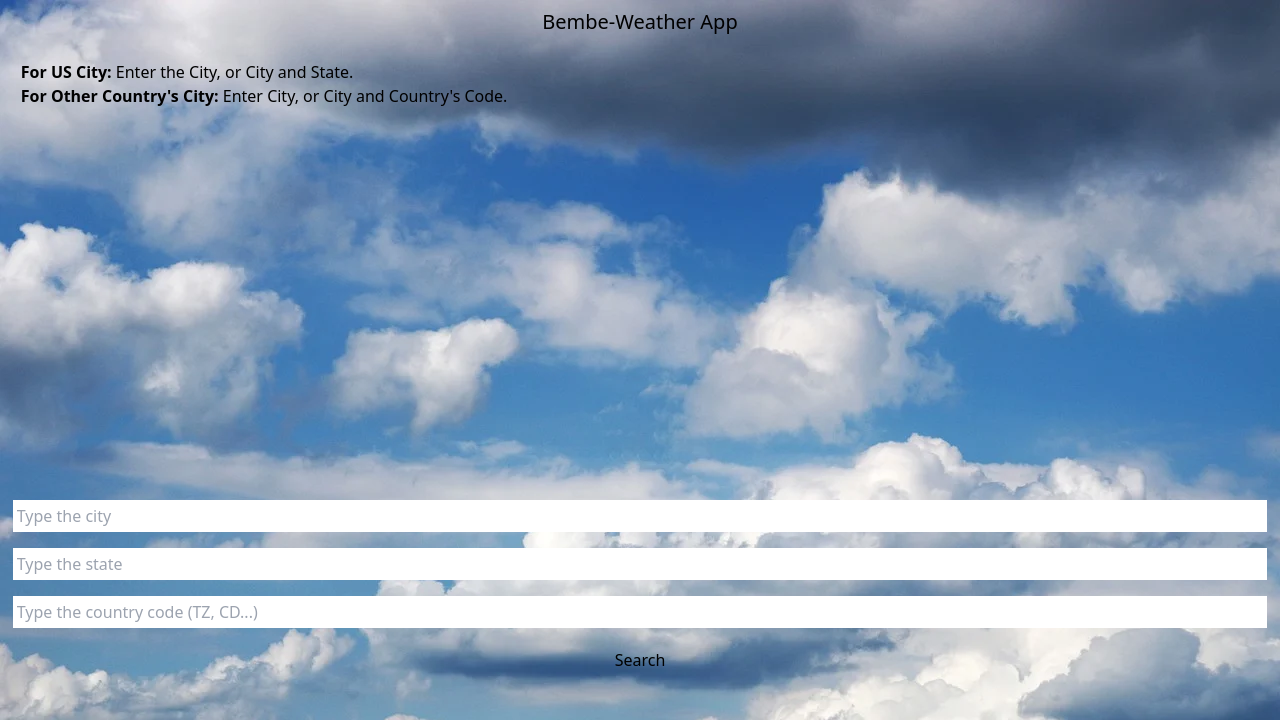
Repository: ShindanoSingi/bembe-weather
Page: /
These files come from the project's save history. The page is drawn as it stood at one moment and after the next save; the edit follows.
The browser window is 1280 px wide. The pictures show the whole page.
The page's requests for data from a server got no answer. The project was rebuilt for these pictures with package versions that can differ from the ones it lists, and the page was loaded fresh each time. No one was signed in, and anything a server would have sent is missing.

Above is the page before, as saved 2022-09-14 23:36:31.

### public/index.html
<!DOCTYPE html>
<html lang="en">

<head>
  <meta charset="utf-8" />
  <link rel="icon" href="%PUBLIC_URL%/favicon.ico" />
  <meta name="viewport" content="width=device-width, initial-scale=1" />
  <meta name="theme-color" content="#000000" />
  <meta name="description" content="Web site created using create-react-app" />
  <link rel="apple-touch-icon" href="%PUBLIC_URL%/logo192.png" />
  <!--
      manifest.json provides metadata used when your web app is installed on a
      user's mobile device or desktop. See https://developers.google.com/web/fundamentals/web-app-manifest/
    -->
  <link rel="manifest" href="%PUBLIC_URL%/manifest.json" />
  <!--
      Notice the use of %PUBLIC_URL% in the tags above.
      It will be replaced with the URL of the `public` folder during the build.
      Only files inside the `public` folder can be referenced from the HTML.

      Unlike "/favicon.ico" or "favicon.ico", "%PUBLIC_URL%/favicon.ico" will
      work correctly both with client-side routing and a non-root public URL.
      Learn how to configure a non-root public URL by running `npm run build`.
    -->
  <title>React Weather</title>
</head>

<body>
  <noscript>You need to enable JavaScript to run this app.</noscript>
  <div id="root"></div>
  <!--
      This HTML file is a template.
      If you open it directly in the browser, you will see an empty page.

      You can add webfonts, meta tags, or analytics to this file.
      The build step will place the bundled scripts into the <body> tag.

      To begin the development, run `npm start` or `yarn start`.
      To create a production bundle, use `npm run build` or `yarn build`.
    -->
</body>

</html>

### src/App.js
import React, { useState, useEffect } from "react"
import "./App.css"
import WeatherPage from "./components/weatherPage"
import SearchForm from "./components/SearchForm"

function App() {
  // Initialize variables using "useSates"
  const [weatherData, setWeatherData] = useState([])

  const [city, setCity] = useState("")
  const [state, setState] = useState("")
  const [country, setCountry] = useState("")

  // These hold values a little bit longer
  const [cityDisplayed, setCityDisplayed] = useState("")
  const [stateDisplayed, setStateDisplayed] = useState("")
  const [countryDisplayed, setCountryDisplayed] = useState("")

  // Create an object that will hold keys to be used in the fetch fnctions.
  const searchLatLon = {
    key: process.env.REACT_APP_GIPHY_KEY,
    cityName: city,
    stateCode: "",
    country: "",
    limit: 1,
    api: "https://api.openweathermap.org/geo/1.0/direct?q=",
  }

  let searchOptions = {
    key: process.env.REACT_APP_GIPHY_KEY,
    api: "https://api.openweathermap.org/data/2.5/onecall?",
  }

  // Create handleChange function to capture input value for city from the form.
  function handleChangeCity(event) {
    setCity(event.target.value)
  }

  // Create handleChange function to capture input value for city from the form.
  function handleChangeState(event) {
    setState(event.target.value)
  }

  // Create handleChange function to capture input value for country from the form.
  function handleChangeCountry(event) {
    setCountry(event.target.value)
  }

  // Create a handleSubmit function to send the input value to the getLatLon function.
  function handleSubmit(event) {
    event.preventDefault()
    getLatLon(city, state, country)
    setCity("")
    setState("")
    setCountry("")
  }

  // useEffect function
  useEffect(() => {
    getLatLon()
    setCity("")
    setState("")
    setCountry("")
    // eslint-disable-next-line
  }, [])

  // This function below takes two parameters: city and country's code, and spits latitude and longitude out. Then, the next fetch takes the lat and lon, and spits eather data for eight days.

  function getLatLon(city, state, country) {
    fetch(
      `${searchLatLon.api}${city},${state},${country}&limit=${searchLatLon.limit}&appid=${searchLatLon.key}`
    )
      .then((result) => result.json())
      .then((data) => {
        // console.log(data[0])
        if (data[0]) {
          fetch(
            `${searchOptions.api}lat=${data[0].lat}&lon=${data[0].lon}&exclude=minutely,hourly&appid=${searchOptions.key}&units=imperial`
          )
            .then((result) => result.json())
            .then((result) => {
              setCityDisplayed(data[0].name)
              setStateDisplayed(data[0].state)
              setCountryDisplayed(data[0].country)
              setWeatherData(result)
            })
        }
      })
  }

  return (

    <div className="bg-[url('../src/images/sky.webp')] h-screen">
      {/* Weather data */}
      <WeatherPage
        weatherData={weatherData}
        city={cityDisplayed}
        state={stateDisplayed}
        country={countryDisplayed}
      />

      {/* Search form */}
      <SearchForm
        city={city}
        state={state}
        country={country}
        handleChangeCity={handleChangeCity}
        handleChangeState={handleChangeState}
        handleChangeCountry={handleChangeCountry}
        handleSubmit={handleSubmit}
      />
    </div>
  )
}

export default App

### src/App.css

/* iPhone 8 and smaller */
@media screen and (max-width: 480px) {
  /* Bembe-weather App */
  h1 {
    color: aliceblue;
    background-image: linear-gradient(rgb(55, 131, 143), rgb(5, 88, 126));
  }

  /* Div container for the single page weather day*/
  div.singleDay {
    /* font-size: 1vw; */
    border-top: 1px solid green;
    background-color: rgb(191, 191, 191);
  }

  /* This is for today's box */
  .today1 {
    /* font-size: 14px; */
    border: 1px solid rgb(91, 158, 158);
    border-radius: 5px;
    background-image: linear-gradient(
      to bottom right,
      rgb(163, 131, 131),
      rgb(181, 181, 155)
    );
  }


  /* Indivdual temp */
  .maxTemp1 {
    color: black;
  }

  /* Indivdual temp */
  .minTemp1 {
    color: grey;
  }

  /* Tomorrow */
  .today2 {
    border: 1px solid rgb(91, 158, 158);
    border-radius: 5px;
    background-image: linear-gradient(
      to bottom right,
      rgb(97, 179, 171),
      rgb(181, 181, 155)
    );
  }

  /* The day after tomorrow */
  .today3 {
    border: 1px solid rgb(91, 158, 158);
    border-radius: 5px;
    background-image: linear-gradient(
      to bottom right,
      rgb(97, 179, 171),
      rgb(181, 181, 155)
    );
  }

  /* The following day */
  .today4 {
    border: 1px solid rgb(91, 158, 158);
    border-radius: 5px;
    background-image: linear-gradient(
      to bottom right,
      rgb(97, 179, 171),
      rgb(181, 181, 155)
    );
  }

  /* The last day */
  .today5 {
    border: 1px solid rgb(91, 158, 158);
    border-radius: 5px;
    background-image: linear-gradient(
      to bottom right,
      rgb(97, 179, 171),
      rgb(181, 181, 155)
    );
  }

  /* Indivdual temp */
  .maxTemp {
    color: black;
  }

  /* Indivdual temp */
  .minTemp {
    color: grey;
  }

  /* The state's name */
  .city {
    display: grey;
    /* justify-content: center; */
  }

  /* Div containing everything in the body */
  .weatherContainer {
    border: 1px solid rgb(91, 158, 158);
    background-color: rgba(14, 73, 112, 0.297);
  }

  /* City input box */
  .cityInput {
    border: 2px solid rgb(68, 65, 65);
  }

  /* Country input box */
  .countryInput {
    border: 2px solid rgb(68, 65, 65);
  }

  /* Submit button */
  .submitButton {
    color: rgb(244, 238, 238);
    background-color: rgb(68, 65, 65);
  }

  .message {
    background-color: rgb(68, 125, 152);
    border: 2px solid rgb(68, 65, 65);
  }
}


/* iPhone 8 and smaller */
@media screen and (max-width: 428px) {
  h1 {
    color: aliceblue;
    background-image: linear-gradient(rgb(55, 131, 143), rgb(5, 88, 126));
  }

  /* This is for today's box */
  .today1 {
    border: 1px solid rgb(91, 158, 158);
    border-radius: 5px;
    background-image: linear-gradient(
      to bottom right,
      rgb(163, 131, 131),
      rgb(181, 181, 155)
    );
  }

  /* Indivdual temp */
  .maxTemp1 {
    color: black;
  }

  /* Indivdual temp */
  .minTemp1 {
    color: grey;
  }

  /* Tomorrow */
  .today2 {
    border: 1px solid rgb(91, 158, 158);
    border-radius: 5px;
    background-image: linear-gradient(
      to bottom right,
      rgb(97, 179, 171),
      rgb(181, 181, 155)
    );
  }

  /* The day after tomorrow */
  .today3 {
    border: 1px solid rgb(91, 158, 158);
    border-radius: 5px;
    background-image: linear-gradient(
      to bottom right,
      rgb(97, 179, 171),
      rgb(181, 181, 155)
    );
  }

  /* The following day */
  .today4 {
    border: 1px solid rgb(91, 158, 158);
    border-radius: 5px;
    background-image: linear-gradient(
      to bottom right,
      rgb(97, 179, 171),
      rgb(181, 181, 155)
    );
  }

  /* The last day */
  .today5 {
    border: 1px solid rgb(91, 158, 158);
    border-radius: 5px;
    background-image: linear-gradient(
      to bottom right,
      rgb(97, 179, 171),
      rgb(181, 181, 155)
    );
  }

  /* Indivdual temp */
  .maxTemp {
    color: black;
  }

  /* Indivdual temp */
  .minTemp {
    color: grey;
  }

  /* The state's name */
  .city {
    display: grey;
  }

  /* Div containing everything in the body */
  .weatherContainer {
    border: 1px solid rgb(91, 158, 158);
    border-radius: 5px;
    background-color: rgba(14, 73, 112, 0.297);
  }

  /* City input box */
  .cityInput {
    border: 2px solid rgb(68, 65, 65);
  }

  /* Country input box */
  .countryInput {
    border: 2px solid rgb(68, 65, 65);
  }

  /* Submit button */
  .submitButton {
    color: rgb(244, 238, 238);
    background-color: rgb(68, 65, 65);
  }

  .message {
    background-color: rgb(68, 125, 152);
    border: 2px solid rgb(68, 65, 65);
  }
}


/* iPhone 8 and smaller */
@media screen and (max-width: 414px) {
  h1 {
    color: aliceblue;
    padding: 5px;
    background-image: linear-gradient(rgb(55, 131, 143), rgb(5, 88, 126));
  }

  /* Div container for the single page weather day*/
  div.singleDay {
    border-top: 1px solid green;
    background-color: rgb(191, 191, 191);
  }

  .cityStateCountry {
    padding: 0.5rem;
    background-image: linear-gradient(rgb(55, 131, 143), rgb(5, 88, 126));
  }

  /* This is for today's box */
  .today1 {
    /* font-size: 14px; */
    border: 1px solid rgb(91, 158, 158);
    border-radius: 5px;
    background-image: linear-gradient(
      to bottom right,
      rgb(163, 131, 131),
      rgb(181, 181, 155)
    );
  }


  /* Indivdual temp */
  .maxTemp1 {
    color: black;
  }

  /* Indivdual temp */
  .minTemp1 {
    color: grey;
  }

  /* Tomorrow */
  .today2 {
    border: 1px solid rgb(91, 158, 158);
    border-radius: 5px;
    background-image: linear-gradient(
      to bottom right,
      rgb(97, 179, 171),
      rgb(181, 181, 155)
    );
  }

  /* The day after tomorrow */
  .today3 {
    border: 1px solid rgb(91, 158, 158);
    border-radius: 5px;
    background-image: linear-gradient(
      to bottom right,
      rgb(97, 179, 171),
      rgb(181, 181, 155)
    );
  }

  /* The following day */
  .today4 {
    border: 1px solid rgb(91, 158, 158);
    border-radius: 5px;
    background-image: linear-gradient(
      to bottom right,
      rgb(97, 179, 171),
      rgb(181, 181, 155)
    );
  }

  /* The last day */
  .today5 {
    border: 1px solid rgb(91, 158, 158);
    border-radius: 5px;
    background-image: linear-gradient(
      to bottom right,
      rgb(97, 179, 171),
      rgb(181, 181, 155)
    );
  }

  /* Indivdual temp */
  .maxTemp {
    color: black;
  }

  /* Indivdual temp */
  .minTemp {
    color: grey;
  }

  /* The state's name */
  .city {
    display: grey;
  }

  /* Div containing everything in the body */
  .weatherContainer {
    border: 1px solid rgb(91, 158, 158);
    border-radius: 5px;
    background-color: rgba(14, 73, 112, 0.297);
  }

  /* City input box */
  .cityInput {
    border: 2px solid rgb(68, 65, 65);
  }

  /* Country input box */
  .countryInput {
    border: 2px solid rgb(68, 65, 65);
  }

  /* Submit button */
  .submitButton {
    color: rgb(244, 238, 238);
    background-color: rgb(68, 65, 65);
  }

  .message {
    background-color: rgb(68, 125, 152);
    border: 2px solid rgb(68, 65, 65);
  }
}

/* iPhone 8 and smaller */
@media screen and (max-width: 390px) {
  h1 {
    color: aliceblue;
    background-image: linear-gradient(rgb(55, 131, 143), rgb(5, 88, 126));
  }

  /* Div container for the single page weather day*/
  div.singleDay {
    border-top: 1px solid green;
    background-color: rgb(191, 191, 191);
  }

  .cityStateCountry {
    background-image: linear-gradient(rgb(55, 131, 143), rgb(5, 88, 126));
  }

  /* This is for today's box */
  .today1 {
    border: 1px solid rgb(91, 158, 158);
    border-radius: 5px;
    background-image: linear-gradient(
      to bottom right,
      rgb(163, 131, 131),
      rgb(181, 181, 155)
    );
  }

  /* Indivdual temp */
  .maxTemp1 {
    color: black;
  }

  /* Indivdual temp */
  .minTemp1 {
    color: grey;
  }

  /* Tomorrow */
  .today2 {
    border: 1px solid rgb(91, 158, 158);
    border-radius: 5px;
    background-image: linear-gradient(
      to bottom right,
      rgb(97, 179, 171),
      rgb(181, 181, 155)
    );
  }

  /* The day after tomorrow */
  .today3 {
    border: 1px solid rgb(91, 158, 158);
    border-radius: 5px;
    background-image: linear-gradient(
      to bottom right,
      rgb(97, 179, 171),
      rgb(181, 181, 155)
    );
  }

  /* The following day */
  .today4 {
    border: 1px solid rgb(91, 158, 158);
    border-radius: 5px;
    background-image: linear-gradient(
      to bottom right,
      rgb(97, 179, 171),
      rgb(181, 181, 155)
    );
  }

  /* The last day */
  .today5 {
    border: 1px solid rgb(91, 158, 158);
    border-radius: 5px;
    background-image: linear-gradient(
      to bottom right,
      rgb(97, 179, 171),
      rgb(181, 181, 155)
    );
  }

  /* Indivdual temp */
  .maxTemp {
    color: black;
  }

  /* Indivdual temp */
  .minTemp {
    color: grey;
  }

  /* The state's name */
  .city {
    display: grey;
  }

  /* Div containing everything in the body */
  .weatherContainer {
    border: 1px solid rgb(91, 158, 158);
    background-color: rgba(14, 73, 112, 0.297);
  }

  /* City input box */
  .cityInput {
    border: 2px solid rgb(68, 65, 65);
  }

  /* Country input box */
  .countryInput {
    border: 2px solid rgb(68, 65, 65);
  }

  /* Submit button */
  .submitButton {
    color: rgb(244, 238, 238);
    background-color: rgb(68, 65, 65);
  }

  .message {
    background-color: rgb(68, 125, 152);
    border: 2px solid rgb(68, 65, 65);
  }
}

/* iPhone 8 and smaller */
@media screen and (max-width: 375px) {
  h1 {
    color: aliceblue;
    background-image: linear-gradient(rgb(55, 131, 143), rgb(5, 88, 126));
  }

  /* Div container for the single page weather day*/
  div.singleDay {
    border-top: 1px solid green;
    background-color: rgb(191, 191, 191);
  }

  .cityStateCountry {
    background-image: linear-gradient(rgb(55, 131, 143), rgb(5, 88, 126));
  }

  /* This is for today's box */
  .today1 {
    border: 1px solid rgb(91, 158, 158);
    border-radius: 5px;
    background-image: linear-gradient(
      to bottom right,
      rgb(163, 131, 131),
      rgb(181, 181, 155)
    );
  }

  /* Indivdual temp */
  .maxTemp1 {
    color: black;
  }

  /* Indivdual temp */
  .minTemp1 {
    color: grey;
  }

  /* Tomorrow */
  .today2 {
    border: 1px solid rgb(91, 158, 158);
    border-radius: 5px;
    background-image: linear-gradient(
      to bottom right,
      rgb(97, 179, 171),
      rgb(181, 181, 155)
    );
  }

  /* The day after tomorrow */
  .today3 {
    border: 1px solid rgb(91, 158, 158);
    border-radius: 5px;
    background-image: linear-gradient(
      to bottom right,
      rgb(97, 179, 171),
      rgb(181, 181, 155)
    );
  }

  /* The following day */
  .today4 {
    border: 1px solid rgb(91, 158, 158);
    border-radius: 5px;
    background-image: linear-gradient(
      to bottom right,
      rgb(97, 179, 171),
      rgb(181, 181, 155)
    );
  }

  /* The last day */
  .today5 {
    border: 1px solid rgb(91, 158, 158);
    border-radius: 5px;
    background-image: linear-gradient(
      to bottom right,
      rgb(97, 179, 171),
      rgb(181, 181, 155)
    );
  }

  /* Indivdual temp */
  .maxTemp {
    color: black;
  }

  /* Indivdual temp */
  .minTemp {
    color: grey;
  }

  /* The state's name */
  .city {
    display: grey;
  }

  /* Div containing everything in the body */
  .weatherContainer {
    border: 1px solid rgb(91, 158, 158);
    background-color: rgba(14, 73, 112, 0.297);
  }

  /* City input box */
  .cityInput {
    border: 2px solid rgb(68, 65, 65);
  }

  /* Country input box */
  .countryInput {
    border: 2px solid rgb(68, 65, 65);
  }

  /* Submit button */
  .submitButton {
    color: rgb(244, 238, 238);
    background-color: rgb(68, 65, 65);
  }

  .message {
    background-color: rgb(68, 125, 152);
    border: 2px solid rgb(68, 65, 65);
  }
}

### src/components/SearchForm.js
import React from "react";

const SearchForm = ({
  city,
  state,
  country,
  handleSubmit,
  handleChangeCity,
  handleChangeState,
  handleChangeCountry,
}) => {
  return (
    <div className="relative top-[20rem]">
      <form className="form-container" onSubmit={handleSubmit} d-flex>
        <div className="flex flex-col items-center gap-4 form-container">
          <div className="flex flex-col gap-4">
          <input
          className="p-1 w-[98vw] cityInput"
          placeholder="Type the city"
          type="text"
          name="SearchString"
          onChange={handleChangeCity}
          value={city}
          required
        />

        {/* Country input */}
        <input
          className="p-1 countryInput"
          placeholder="Type the state"
          type="text"
          name="SearchString"
          onChange={handleChangeState}
          value={state}
        />

        {/* Country input */}
        <input
          className="p-1 countryInput"
          placeholder="Type the country code (TZ, CD...)"
          type="text"
          name="SearchString"
          onChange={handleChangeCountry}
          value={country}
        />
          </div>
          <button className="w-24 p-1 submitButton" type="submit">
          Search
        </button>
        </div>
      </form>
    </div>
  );
};

export default SearchForm;

Loaded but not shown: src/index.js (common file); src/index.css (common file); tailwind.config.js (common file); src/components/weatherPage.js (269 lines, source omitted)

After the next save:
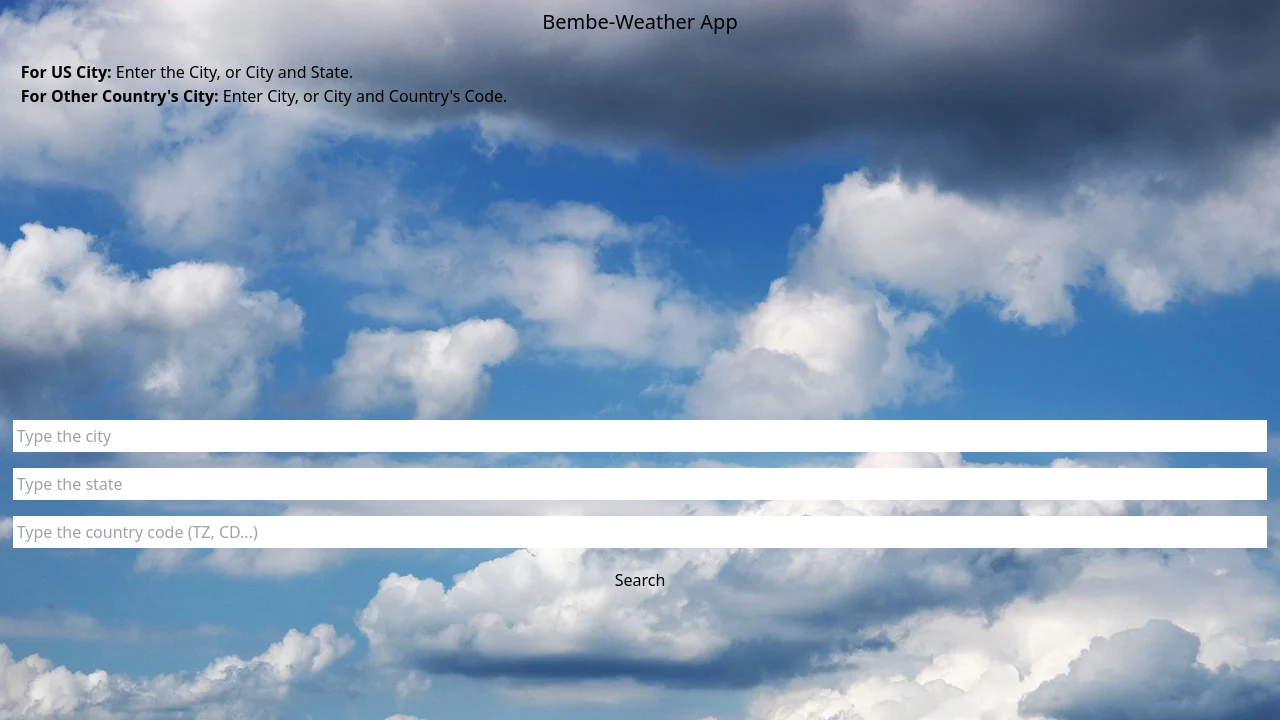
Saved 12 s later.
--- a/src/components/SearchForm.js
+++ b/src/components/SearchForm.js
@@ -10,7 +10,7 @@ const SearchForm = ({
   handleChangeCountry,
 }) => {
   return (
-    <div className="relative top-[20rem]">
+    <div className="relative top-[15rem]">
       <form className="form-container" onSubmit={handleSubmit} d-flex>
         <div className="flex flex-col items-center gap-4 form-container">
           <div className="flex flex-col gap-4">
